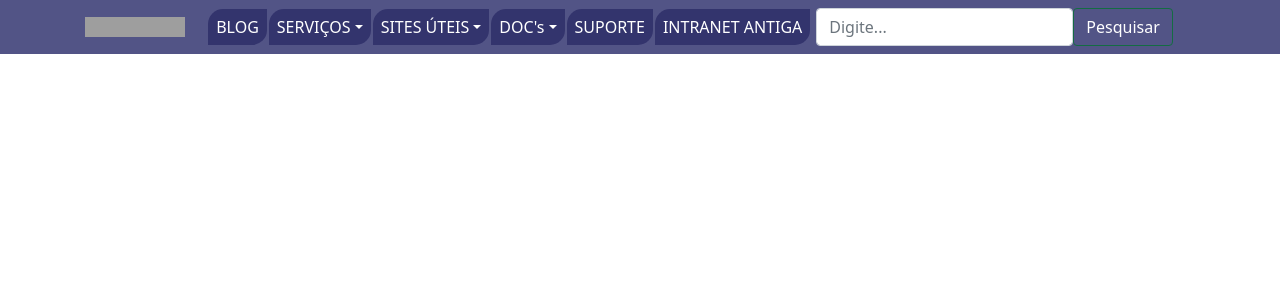
Repository: Leandromarim/INTRANET_PARTICULAR
Page: header.html
An editor plug-in stored every save of this project. The page is shown before and after the next save, followed by the edit.
The browser window is 1280 px wide. The pictures show the whole page.
The pointer rests on the first visible `button.button-pesquisar`.
Pictures or frames that could not be fetched are drawn as grey boxes.

Above is the page before, as saved 2021-12-14 10:56:15.

### header.html
<head>
    <meta charset="UTF-8">
    <meta http-equiv="X-UA-Compatible" content="IE=edge" />
    <meta name="viewport" content="width=device-width, initial-scale=1.0" />
    <link rel="stylesheet" href="./assets/css/bootstrap-grid.css" />
    <link rel="stylesheet" href="./assets/css/bootstrap-grid.min.css" />
    <link rel="stylesheet" href="./assets/css/bootstrap.css" />
    <link rel="stylesheet" href="./assets/css/bootstrap.css" />
    <link rel="stylesheet" href="./assets/css/header.css" />
    <link rel="icon" href="./image/ico/ico_ha.ico" />
    <title>Intranet 2.0</title>
</head>
<nav class="navbar navbar-expand-lg navbar-dark bg navbar" aria-label="Tenth navbar example">
    <div class="container-fluid">
        <button class="navbar-toggler" type="button" data-bs-toggle="collapse" data-bs-target="#navbarsExample08" aria-controls="navbarsExample08" aria-expanded="false" aria-label="Toggle navigation">
        <span class="navbar-toggler-icon"></span>
        </button>
        <section class="collapse navbar-collapse justify-content-center secao-navbar" id="navbarsExample08">
            <section class="container-logo">
                <a href="index.html"><img class="logo" src="image/logo/Marca_horizontal_branca_fundo_transparente.png" href="index.html"></a>
            </section>
            <ul class="navbar-nav">

                <li class="nav-item">
                    <a class="nav-link active button" href="blog.html">BLOG</a>
                </li>
                <li class="nav-item dropdown">
                    <a class="nav-link dropdown-toggle active button" href="#" id="dropdown08" data-bs-toggle="dropdown" aria-expanded="false">SERVIÇOS</a>
                    <ul class="dropdown-menu" aria-labelledby="dropdown08">
                        <li><a class="dropdown-item item-link-nav" target="_self" href="">AVISO DE CIRURGIAS</a></li>
                        <li><a class="dropdown-item item-link-nav" target="_self" href="termos/cod_procedimento_amb.pdf">CÓDIGOS DE PROCEDIMENTOS AMBULATORIAIS</a></li>
                        <li><a class="dropdown-item item-link-nav" target="_self" href="termos/cod_procedimento_exame.pdf">CÓDIGOS DE PROCEDIMENTOS (EXAMES)</a></li>
                        <li><a class="dropdown-item item-link-nav" target="_self" href="termos/checklist_cirurgia.pdf">CHECK LIST DE SEGURANÇA CIRÚRGICA</a></li>
                        <li><a class="dropdown-item item-link-nav" target="_self" href="#">E-MAILS INSTITUCIONAIS</a></li>
                        <li><a class="dropdown-item item-link-nav" target="_self" href="termos/MD_03_RECP-Normas_institucionais.pdf">NORMAS INSTITUCIONAIS</a></li>
                        <li><a class="dropdown-item item-link-nav" target="_self" href="termos/recep_rm_ipasgo.pdf">RM - IPASGO</a></li>
                        <li><a class="dropdown-item item-link-nav" target="_self" href="termos/recep_tc_ipasgo.pdf">TC - IPASGO</a></li>
                        <li><a class="dropdown-item item-link-nav" target="_self" href="termos/recep_us_ipasgo.pdf">US - IPASGO</a></li>
                        <li><a class="dropdown-item item-link-nav" target="_self" href="termos/recep_rm_unimed.pdf">RM - UNIMED</a></li>
                        <li><a class="dropdown-item item-link-nav" target="_self" href="termos/recep_tc_unimed.pdf">TC - UNIMED</a></li>
                        <li><a class="dropdown-item item-link-nav" target="_self" href="termos/recep_us_unimed.pdf">US - UNIMED</a></li>
                        <li><a class="dropdown-item item-link-nav" target="_self" href="termos/termo_apt_para_apt.docx">TERMO DE APTO PARA APTO</a></li>
                        <li><a class="dropdown-item item-link-nav" target="_self" href="termos/termo_enf_para_apt.docx">TERMO DE ENF PARA APTO</a></li>
                        <li><a class="dropdown-item item-link-nav" target="_self" href="termos/termo-leito-uti.pdf">TERMO LEITO UTI</a></li>
                        <li><a class="dropdown-item item-link-nav" target="_blank" href="http://192.168.0.186/users/sign_in">TGA (SENHAS)</a></li>
                        <li><a class="dropdown-item item-link-nav" target="_self" href="#">SENHAS DE PLANOS DE SAÚDE</a></li>
                    </ul>
                </li>
                <li class="nav-item dropdown">
                    <a class="nav-link dropdown-toggle active button" href="#" id="dropdown08" data-bs-toggle="dropdown" aria-expanded="false">SITES ÚTEIS</a>
                    <ul class="dropdown-menu" aria-labelledby="dropdown08">
                        <li><a class="dropdown-item item-link-nav" target="_blank" href="https://health-analytics.ncisaude.com.br/">AHPACEG</a></li>
                        <li><a class="dropdown-item item-link-nav" href="covid19.html">COVID-19</a></li>
                        <li><a class="dropdown-item item-link-nav" target="_blank" href="https://secure.epimedmonitor.com/Login.aspx">EPIMED</a></li>
                        <li><a class="dropdown-item item-link-nav" target="_blank" href="https://www.pulsesaude.com.br/Autenticacao/Index?ReturnUrl=%2fDashboard">INGOH</a></li>
                        <li><a class="dropdown-item item-link-nav" target="_blank" href="https://mail.google.com/a/hospitaldeacidentados.com.br">GMAIL</a></li>
                        <li><a class="dropdown-item item-link-nav" target="_blank" href="http://www.goiania.go.gov.br/nfse/">NOTA FISCAL</a></li>
                        <li><a class="dropdown-item item-link-nav" target="_blank" href="https://orbis.neovero.com/login">ORBIS</a></li>
                        <li><a class="dropdown-item item-link-nav" target="_blank" href="https://regulacao.unimedgoiania.coop.br/#!/login">REGULAÇÃO MÉDICA</a></li>
                        <li><a class="dropdown-item item-link-nav" target="_blank" href="http://www.affegosaude.com.br:1515/affegosaude/solusweb_temp/prestador/index.php">AFFEGO SAÚDE</a></li>
                        <li><a class="dropdown-item item-link-nav" target="_blank" href="https://www.amil.com.br/institucional/#/">AMIL</a></li>
                        <li><a class="dropdown-item item-link-nav" target="_blank" href="https://www.bradescoseguros.com.br/clientes/produtos/plano-saude">BRADESCO SAÚDE</a></li>
                        <li><a class="dropdown-item item-link-nav" target="_blank" href="https://www.cassi.com.br/index.php?option=com_content&view=featured&Itemid=505">CASSI</a></li>
                        <li><a class="dropdown-item item-link-nav" target="_blank" href="https://portal.saudevivacom.com.br/as-vivacom/pp/">CELGMED</a></li>
                        <li><a class="dropdown-item item-link-nav" target="_blank" href="https://www.hapvida.com.br/pls/webhap/webNewProducaoMedica.Login">HAPVIDA</a></li>
                        <li><a class="dropdown-item item-link-nav" target="_blank" href="http://portalsistemas.ipasgo.go.gov.br/SAAT/login.asp">IPASGO PRESTADOR</a></li>
                        <li><a class="dropdown-item item-link-nav" target="_blank" href="http://www.ipasgo.go.gov.br">IPASGO SITE</a></li>
                        <li><a class="dropdown-item item-link-nav" target="_blank" href="http://portalsistemas.ipasgo.go.gov.br/GuiasNet/login.asp">IPASGO CLIENTE</a></li>
                        <li><a class="dropdown-item item-link-nav" target="_blank" href="https://portalsistemas.ipasgo.go.gov.br/saat/auditor/consulta_tipoprocedimento.asp">IPASGO CONSULTA DE PROCEDIMENTO</a></li>
                        <li><a class="dropdown-item item-link-nav" target="_blank" href="https://autorizador.unimedgoiania.coop.br/">UNIMED - AUTORIZADOR (COOP)</a></li>
                        <li><a class="dropdown-item item-link-nav" target="_blank" href="http://agendaonline.unimedgoiania.coop.br/GUI/PrincipalAOL.aspx">UNIMED AGENDA</a></li>
                        <li><a class="dropdown-item item-link-nav" target="_blank" href="https://saude.caixa.gov.br/AutorizadorPRD/login.aspx">SAÚDE CAIXA</a></li>
                        <li><a class="dropdown-item item-link-nav" target="_blank" href="https://autorizador.postalsaudeservicos.com.br/autorizadorpro/login.aspx">POSTAL SAÚDE (CORREIOS)</a></li>
                        <li><a class="dropdown-item item-link-nav" target="_blank" href="https://autorizador.postalsaudeservicos.com.br/autorizadorpro/login.aspx">SAÚDE PORTOMED (ITAÚ)</a></li>
                        <li><a class="dropdown-item item-link-nav" target="_blank" href="https://www.orizonbrasil.com.br/">ORIZON</a></li>
                    </ul>
                </li>
                <li class="nav-item dropdown">
                    <a class="nav-link dropdown-toggle active button" href="#" id="dropdown08" data-bs-toggle="dropdown" aria-expanded="false">DOC's</a>
                    <ul class="dropdown-menu" aria-labelledby="dropdown08">
                        <li><a class="dropdown-item item-link-nav" href="covid19.html">COVID-19</a></li>
                        <li><a class="dropdown-item item-link-nav" href="dex.html">DEX</a></li>
                        <li><a class="dropdown-item item-link-nav" href="dos.html">DOS</a></li>
                        <li><a class="dropdown-item item-link-nav" href="md.html">MD</a></li>
                        <li><a class="dropdown-item item-link-nav" href="pop.html">POP</a></li>
                        <li><a class="dropdown-item item-link-nav" href="reg.html">REG</a></li>
                    </ul>
                </li>
                <li class="nav-item">
                    <a class="nav-link active button" href="#">SUPORTE</a>
                </li>
                <li class="nav-item">
                    <a class="nav-link active button" href="intranet_antiga/intranet.hospitaldeacidentados.com.br/">INTRANET ANTIGA</a>
                </li>
                <form class="d-flex">
                    <input class="form-control mr-sm-2" type="search" placeholder="Digite..." aria-label="Search">
                    <button class="btn btn-success button-pesquisar" type="submit">Pesquisar</button>
                </form>
            </ul>
        </section>
    </div>
</nav>

### assets/css/header.css
nav.navbar {
    background-color: #525486;
    width: 100%;
    height: auto;
}

nav .button {
    background-color: #272863b7;
    border-radius: 15px 0 15px 0;
    padding: 6px;
    margin: 1px;
}

.container-logo {
    position: relative;
    display: flex;
    width: 100px;
    height: 20px;
    align-items: center;
    align-content: center;
    justify-content: center;
    justify-items: center;
    right: 150px;
}

section img.logo {
    position: relative;
    display: flex;
    height: 20px;
    width: 100px;
    left: 8rem;
}

nav div.secao-navbar {
    width: 100%;
    height: auto;
    justify-content: center;
    justify-items: center;
    align-items: center;
    align-content: center;
}

a.item-link-nav {
    display: flex;
    position: relative;
    justify-items: center;
    justify-content: center;
    align-items: center;
    align-content: center;
    color: #525486;
    background-color: #fff;
    padding: 5px;
    border-radius: 10px 0 10px 0;
}

a.item-link-nav:hover {
    color: #fff;
    background-color: #525486;
}

nav ul li a:hover {
    background-color: rgba(255, 255, 255, 0.404);
    color: black;
}

nav ul li a {
    position: relative;
    display: flex;
    align-items: center;
    align-content: center;
    justify-content: center;
    justify-items: center;
}

.d-flex {
    margin: 0 0 0 5px;
}

button.button-pesquisar{
    background-color: #525486;
}

button.button-pesquisar:hover{
    background-color: #525486;
    color: #fff;
}

Loaded but not shown: assets/css/bootstrap-grid.css (library); assets/css/bootstrap-grid.min.css (library); assets/css/bootstrap.css (library)

After the next save:
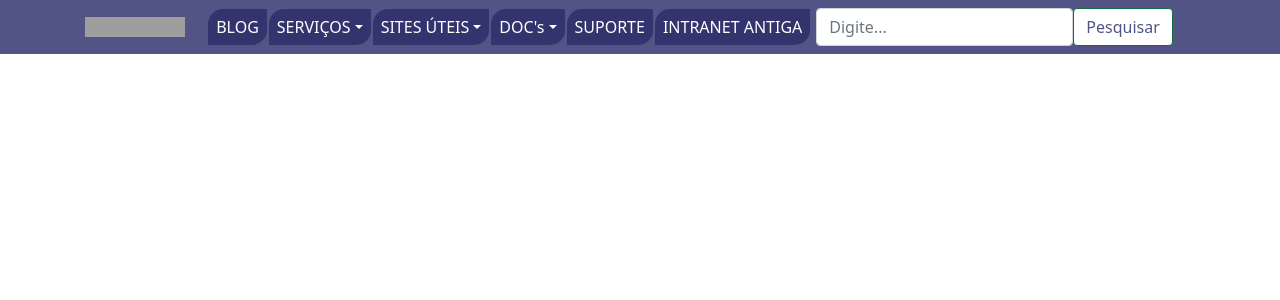
Saved 38 s later.
--- a/assets/css/header.css
+++ b/assets/css/header.css
@@ -81,6 +81,6 @@ button.button-pesquisar{
 }
 
 button.button-pesquisar:hover{
-    background-color: #525486;
-    color: #fff;
+    background-color: #fff;
+    color: #525486;
 }
